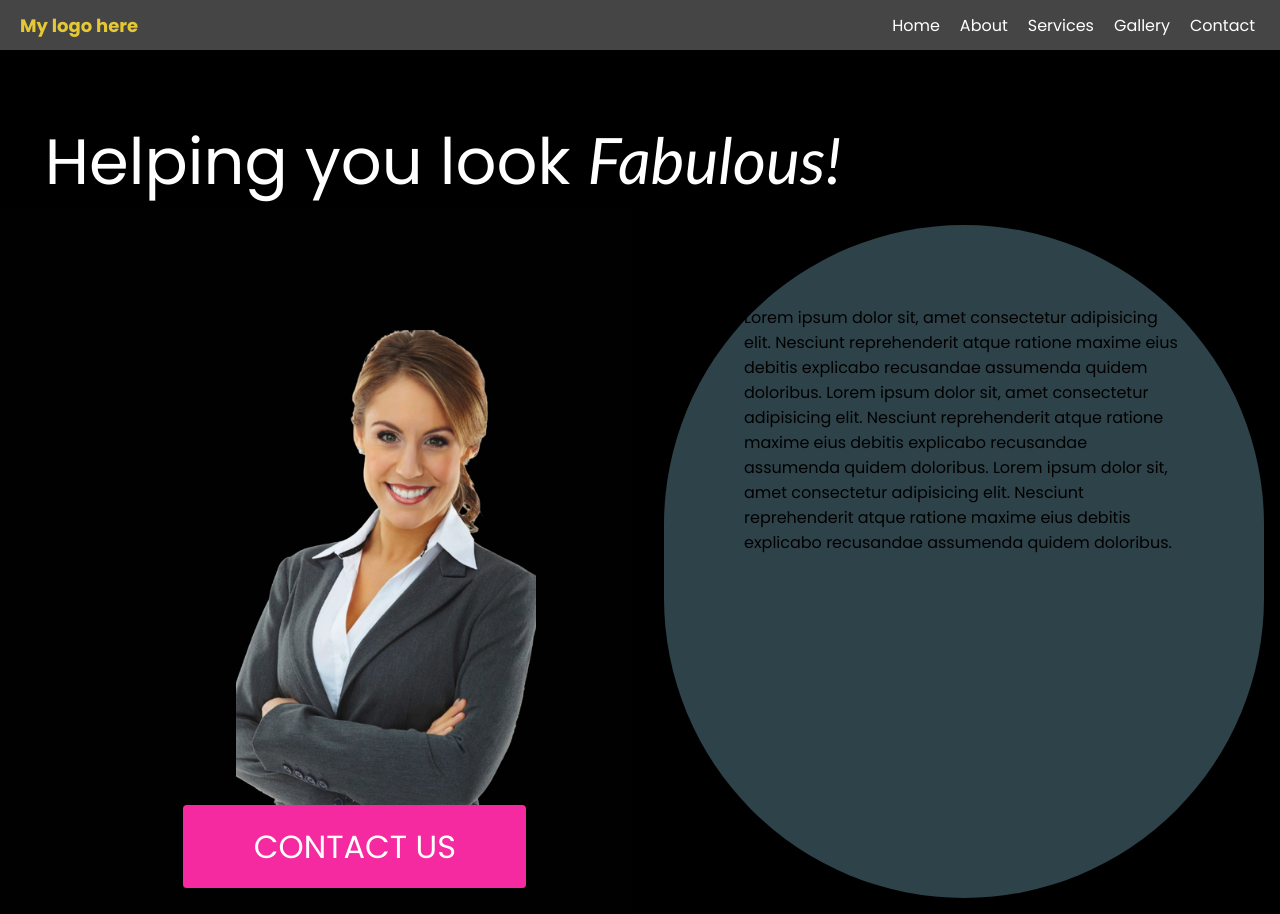
Repository: buzzedison/gardens
Page: index.html
The author's editor kept a copy of each file at every save. The page is drawn from the files as they stood at one save, then again after the next save.
The browser window is 1280 px wide. The pictures show the whole page.

Above is the page before, as saved 2022-01-12 20:00:23.

After the next save:
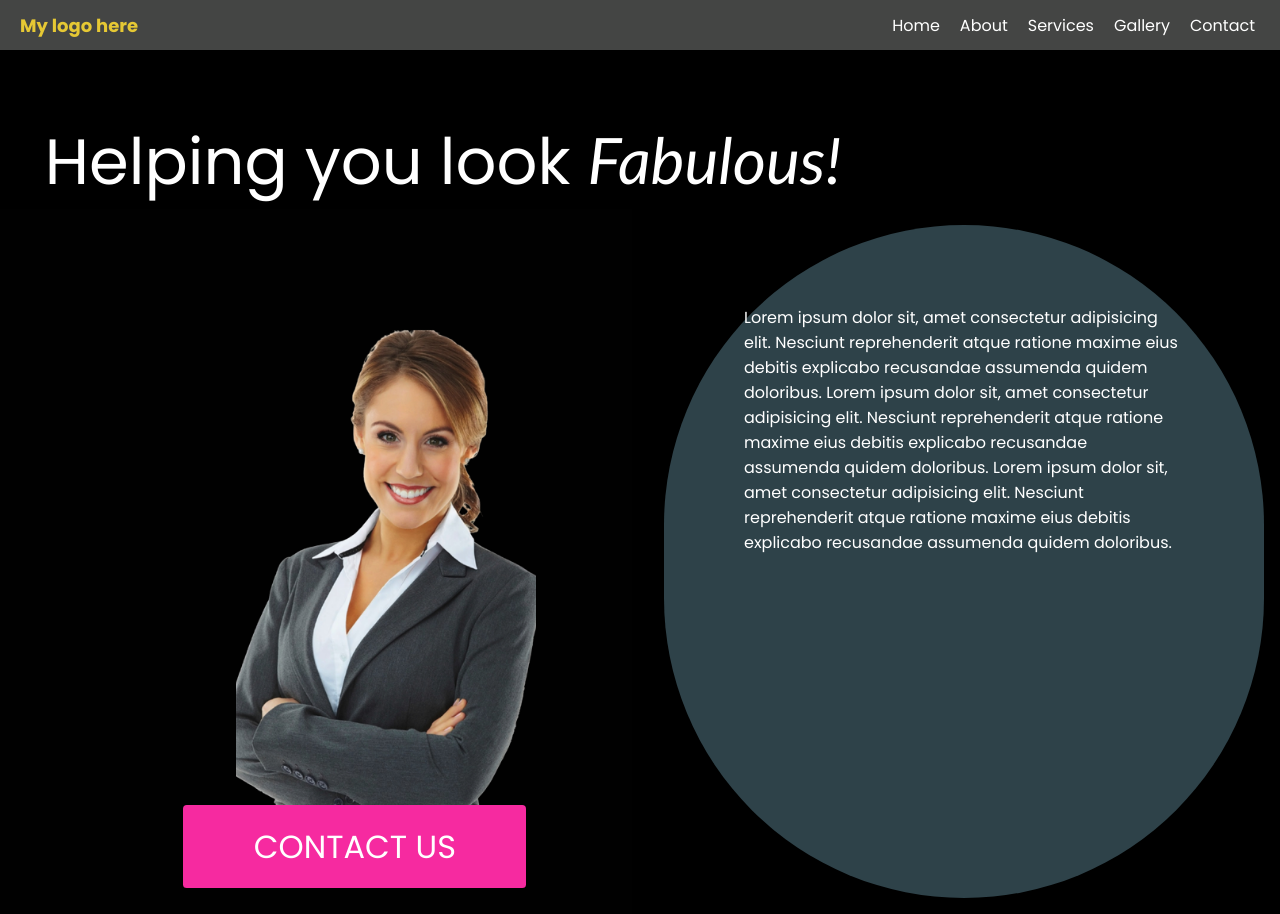
Saved 13 s later.
--- a/css/styles.css
+++ b/css/styles.css
@@ -161,7 +161,7 @@ ul li:hover {
 
 .text-grid {
   padding: 5em;
-  fill-opacity: 1;
+  color:white;
 
 
 
